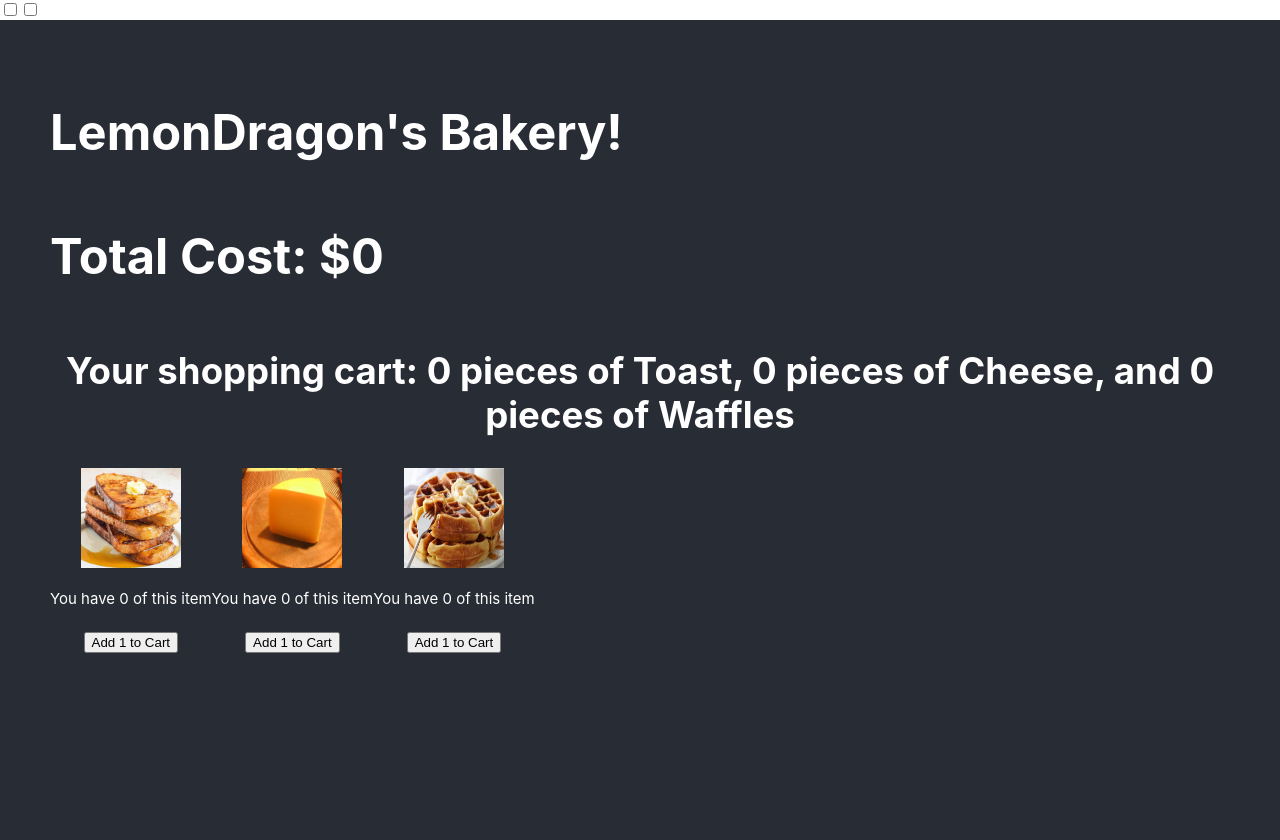
Repository: happydragon200/development
Page: /
These files come from the project's save history. The page is drawn as it stood at one moment and after a run of saves; the edit follows.
The browser window is 1280 px wide. The pictures show the whole page.
The project was rebuilt for these pictures with package versions that can differ from the ones it lists, and the page was loaded fresh each time.

Above is the page before, as saved 2022-12-01 21:46:28.

### src/App.js
import React, { useState } from 'react'
import baguette from './images/baguette.jpg'
import toast from './images/toast.png'
import cheese from './images/cheese.jpg'
import waffle from './images/waffle.jpg'
import Container from 'react-bootstrap/Container'
import Nav from 'react-bootstrap/Nav'
import Navbar from 'react-bootstrap/Navbar'
import NavDropdown from 'react-bootstrap/NavDropdown'
import './App.css'

function App() {
  return (
    <div>
      <div>
        <FilterBar />
      </div>
      <div className="App">
        <header className="App-header">
          <h1>LemonDragon's Bakery!</h1>
          <Menu />
        </header>
      </div>
    </div>
  )
}

function FilterBar() {
  const typeButton = FilterButton()
  const largeButton = FilterButton()

  const buttons = [typeButton, largeButton]

  return <div>{buttons}</div>
}

// function clickChange() {

// }

function FilterButton() {

  const [isChecked, setIsChecked] = useState(false);

  const clickChange = () => {
    setIsChecked(!isChecked);
  };

  return (
    <input
      type="checkbox"
      id="topping"
      name="topping"
      value="Paneer"
      checked={isChecked}
      onChange={clickChange}
    />
  )
}

function Menu() {
  const [toast_count, toast_setcount] = useState(0)
  const [cheese_count, cheese_setcount] = useState(0)
  const [waffle_count, waffle_setcount] = useState(0)

  const toast_price = 5
  const cheese_price = 10
  const waffle_price = 100

  const [type, setType] = useState('ALL')

  var foods = [
    {
      name: 'toast',
      type: 'bread',
      price: 5,
      img: { toast },
      count: { toast_count },
    },
    {
      name: 'cheese',
      type: 'protein',
      price: 10,
      img: { cheese },
      count: { cheese_count },
    },
    {
      name: 'waffle',
      type: 'bread',
      price: 100,
      img: { waffle },
      count: { waffle_count },
    },
  ]

  return (
    <>
      <h1>
        Total Cost: $
        {toast_count * toast_price +
          cheese_count * cheese_price +
          waffle_count * waffle_price}
      </h1>
      <h2>
        Your shopping cart: {toast_count} pieces of Toast, {cheese_count} pieces
        of Cheese, and {waffle_count} pieces of Waffles
      </h2>

      <div className="flex-parent">
        <BakeryItem
          className="inline"
          img={toast}
          count={toast_count}
          setCount={toast_setcount}
        />
        <BakeryItem
          className="inline"
          img={cheese}
          count={cheese_count}
          setCount={cheese_setcount}
        />
        <BakeryItem
          className="inline"
          img={waffle}
          count={waffle_count}
          setCount={waffle_setcount}
        />
      </div>
    </>
  )
}

function BakeryItem(prop) {
  const { img, count, setCount } = prop

  return (
    <div>
      <img src={img} className="Item-small" />
      <p className="smull">You have {count} of this item</p>
      <button onClick={() => setCount(count + 1)}>Add 1 to Cart</button>

      {count > 0 && (
        <button onClick={() => setCount(count - 1)}>Remove 1 from Cart</button>
      )}
    </div>
  )
}

export default App

### src/App.css
.App {
  text-align: center;
}

.App-logo {
  height: 40vmin;
  pointer-events: none;
}

@media (prefers-reduced-motion: no-preference) {
  .App-logo {
    animation: App-logo-spin infinite 20s linear;
  }
}

.App-header {
  background-color: #282c34;
  min-height: 100vh;
  display: flex;
  flex-direction: column;
  align-items: flex-start;
  justify-content: flex-start;
  font-size: calc(10px + 2vmin);
  padding: 50px 50px 50px 50px;
  color: white;
}

.App-link {
  color: #61dafb;
}

.Item-small {
  height: 100px;
  width: 100px;
}

.inline {
  justify-content: space-around;
}

.flex-parent {
  display: flex;
  justify-content: space-around;

}

.smull {
  font-size: 15px;
}

@keyframes App-logo-spin {
  from {
    transform: rotate(0deg);
  }
  to {
    transform: rotate(360deg);
  }
}

Loaded but not shown: public/index.html (common file); src/index.js (common file); src/index.css (common file)

After the next 7 saves:
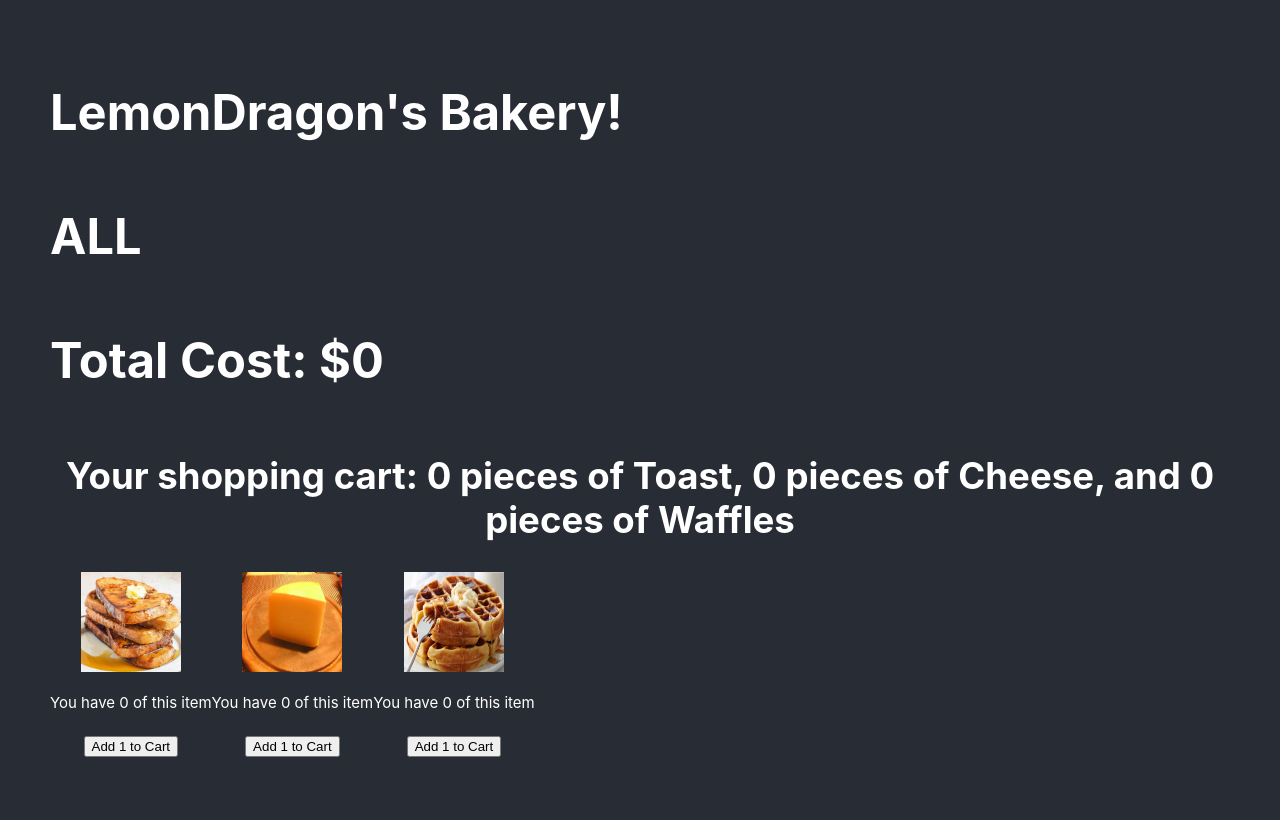
The 7 saves are shown as one change because 5 did not build or start and some came seconds apart.
The last was saved 2 h 38 min later.
--- a/src/App.js
+++ b/src/App.js
@@ -13,7 +13,7 @@ function App() {
   return (
     <div>
       <div>
-        <FilterBar />
+        {/* <FilterBar /> */}
       </div>
       <div className="App">
         <header className="App-header">
@@ -25,9 +25,11 @@ function App() {
   )
 }
 
-function FilterBar() {
-  const typeButton = FilterButton()
-  const largeButton = FilterButton()
+function FilterBar(props) {
+  const { p1, p2 } = props
+
+  const typeButton = FilterButton(p1)
+  const largeButton = FilterButton(p2)
 
   const buttons = [typeButton, largeButton]
 
@@ -38,13 +40,12 @@ function FilterBar() {
 
 // }
 
-function FilterButton() {
-
-  const [isChecked, setIsChecked] = useState(false);
+function FilterButton(props) {
+  const { isChecked, setIsChecked } = props
 
   const clickChange = () => {
-    setIsChecked(!isChecked);
-  };
+    setIsChecked(!isChecked)
+  }
 
   return (
     <input
@@ -95,6 +96,7 @@ function Menu() {
 
   return (
     <>
+      <h1>{type}</h1>
       <h1>
         Total Cost: $
         {toast_count * toast_price +
